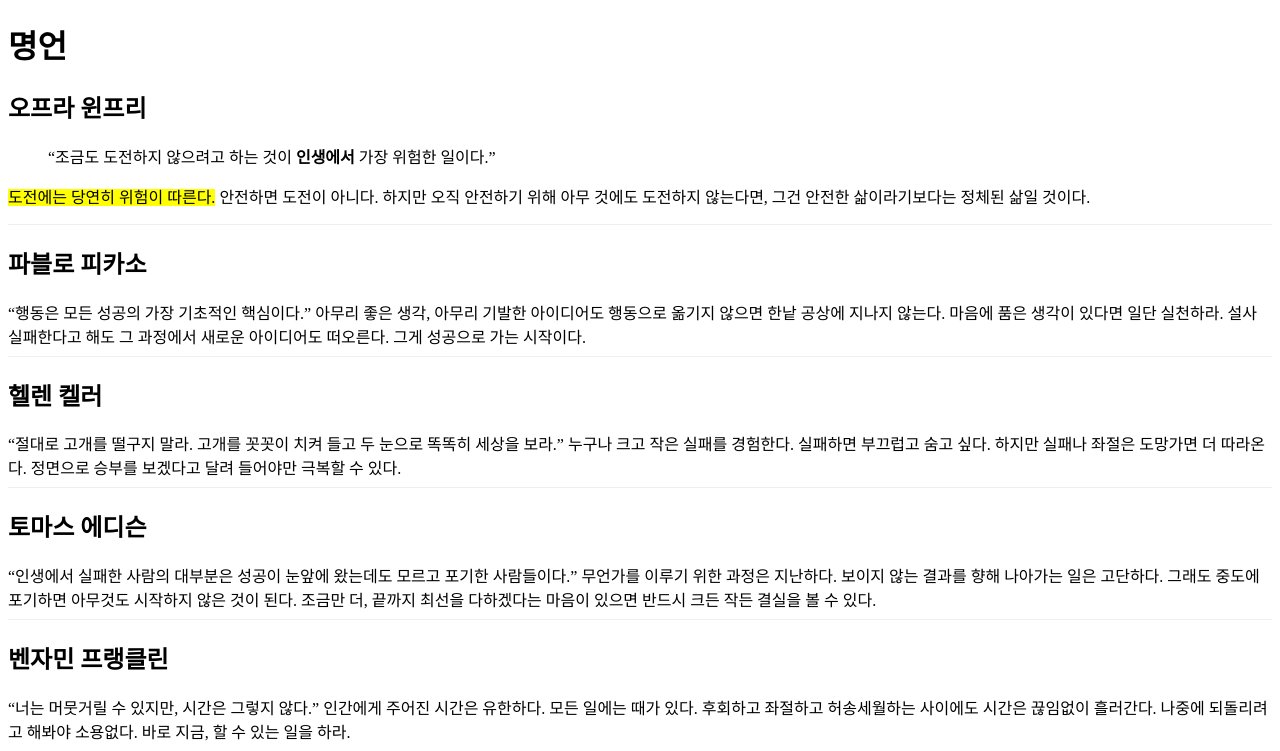
Repository: chanjin5212/Full-Stack-study
Page: client/ClientTest/src/main/webapp/html/htmlquestion/Q05.html
An editor plug-in stored every save of this project. The page is shown before and after the next save, followed by the edit.
The browser window is 1280 px wide. The pictures show the whole page.

Above is the page before, as saved 2022-05-24 03:31:03.

After the next save:
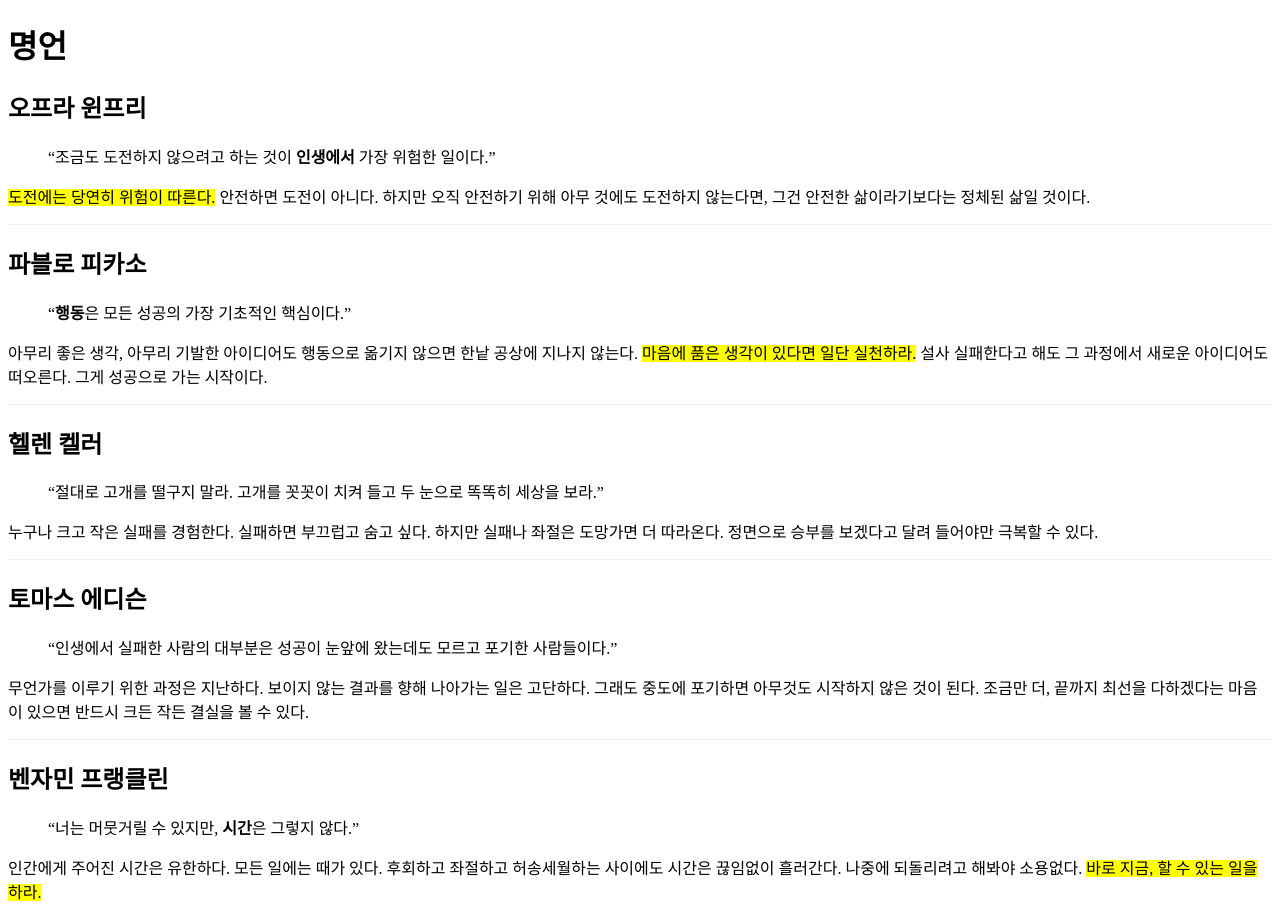
Saved 103 s later.
--- a/client/ClientTest/src/main/webapp/html/htmlquestion/Q05.html
+++ b/client/ClientTest/src/main/webapp/html/htmlquestion/Q05.html
@@ -11,19 +11,19 @@
 <p><mark>도전에는 당연히 위험이 따른다.</mark> 안전하면 도전이 아니다. 하지만 오직 안전하기 위해 아무 것에도 도전하지 않는다면, 그건 안전한 삶이라기보다는 정체된 삶일 것이다.</p>
 <hr size="1" color="#EFEFEF">
 <h2>파블로 피카소</h2>
-“행동은 모든 성공의 가장 기초적인 핵심이다.”
-아무리 좋은 생각, 아무리 기발한 아이디어도 행동으로 옮기지 않으면 한낱 공상에 지나지 않는다. 마음에 품은 생각이 있다면 일단 실천하라. 설사 실패한다고 해도 그 과정에서 새로운 아이디어도 떠오른다. 그게 성공으로 가는 시작이다.
+<blockquote>“<strong>행동</strong>은 모든 성공의 가장 기초적인 핵심이다.”</blockquote>
+<p>아무리 좋은 생각, 아무리 기발한 아이디어도 행동으로 옮기지 않으면 한낱 공상에 지나지 않는다. <mark>마음에 품은 생각이 있다면 일단 실천하라.</mark> 설사 실패한다고 해도 그 과정에서 새로운 아이디어도 떠오른다. 그게 성공으로 가는 시작이다.</p>
 <hr size="1" color="#EFEFEF">
 <h2>헬렌 켈러</h2>
-“절대로 고개를 떨구지 말라. 고개를 꼿꼿이 치켜 들고 두 눈으로 똑똑히 세상을 보라.”
-누구나 크고 작은 실패를 경험한다. 실패하면 부끄럽고 숨고 싶다. 하지만 실패나 좌절은 도망가면 더 따라온다. 정면으로 승부를 보겠다고 달려 들어야만 극복할 수 있다.
+<blockquote>“절대로 고개를 떨구지 말라. 고개를 꼿꼿이 치켜 들고 두 눈으로 똑똑히 세상을 보라.”</blockquote>
+<p>누구나 크고 작은 실패를 경험한다. 실패하면 부끄럽고 숨고 싶다. 하지만 실패나 좌절은 도망가면 더 따라온다. 정면으로 승부를 보겠다고 달려 들어야만 극복할 수 있다.</p>
 <hr size="1" color="#EFEFEF">
 <h2>토마스 에디슨</h2>
-“인생에서 실패한 사람의 대부분은 성공이 눈앞에 왔는데도 모르고 포기한 사람들이다.”
-무언가를 이루기 위한 과정은 지난하다. 보이지 않는 결과를 향해 나아가는 일은 고단하다. 그래도 중도에 포기하면 아무것도 시작하지 않은 것이 된다. 조금만 더, 끝까지 최선을 다하겠다는 마음이 있으면 반드시 크든 작든 결실을 볼 수 있다.
+<blockquote>“인생에서 실패한 사람의 대부분은 성공이 눈앞에 왔는데도 모르고 포기한 사람들이다.”</blockquote>
+<p>무언가를 이루기 위한 과정은 지난하다. 보이지 않는 결과를 향해 나아가는 일은 고단하다. 그래도 중도에 포기하면 아무것도 시작하지 않은 것이 된다. 조금만 더, 끝까지 최선을 다하겠다는 마음이 있으면 반드시 크든 작든 결실을 볼 수 있다.</p>
 <hr size="1" color="#EFEFEF">
 <h2>벤자민 프랭클린</h2>
-“너는 머뭇거릴 수 있지만, 시간은 그렇지 않다.”
-인간에게 주어진 시간은 유한하다. 모든 일에는 때가 있다. 후회하고 좌절하고 허송세월하는 사이에도 시간은 끊임없이 흘러간다. 나중에 되돌리려고 해봐야 소용없다. 바로 지금, 할 수 있는 일을 하라.
+<blockquote>“너는 머뭇거릴 수 있지만, <strong>시간</strong>은 그렇지 않다.”</blockquote>
+<p>인간에게 주어진 시간은 유한하다. 모든 일에는 때가 있다. 후회하고 좌절하고 허송세월하는 사이에도 시간은 끊임없이 흘러간다. 나중에 되돌리려고 해봐야 소용없다. <mark>바로 지금, 할 수 있는 일을 하라.</mark></p>
 </body>
 </html>
